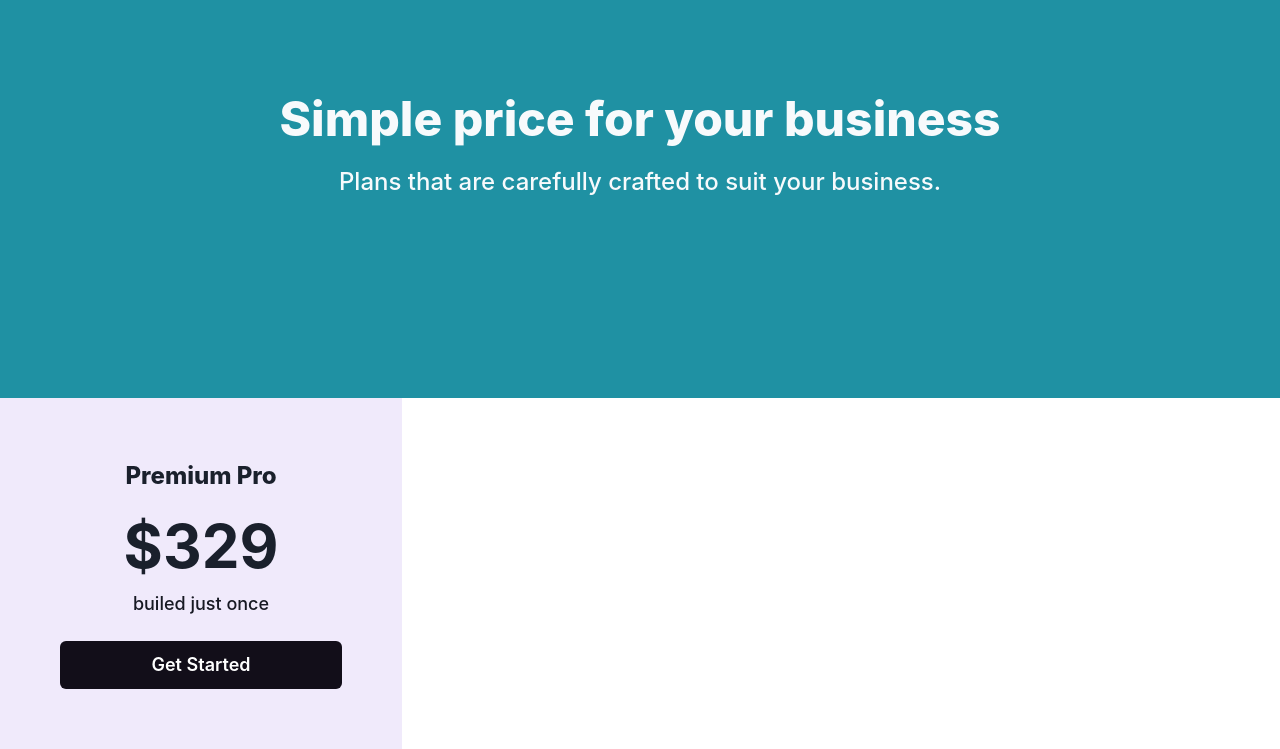
Repository: noutijo/learn-in-depth-chakra-ui
Page: /
These files come from the project's save history. The page is drawn as it stood at one moment and after the next save; the edit follows.
The browser window is 1280 px wide. The pictures show the whole page.
The project was rebuilt for these pictures with package versions that can differ from the ones it lists, and the page was loaded fresh each time. Also part of the build but not shown: vite.config.ts.

Above is the page before, as saved 2023-01-30 15:48:12.

### src/main.tsx
import React from 'react'
import ReactDOM from 'react-dom/client'
import App from './App'
import { ChakraProvider } from "@chakra-ui/react"

ReactDOM.createRoot(document.getElementById('root') as HTMLElement).render(
  <ChakraProvider>
  <React.StrictMode>
    <App />
  </React.StrictMode>
  </ChakraProvider>,
)

### src/App.tsx
//import './App.css'
import "./App.css";
import { Box, Flex, Stack, VStack, HStack } from "@chakra-ui/react";
import { Header  } from "./components/Header";
import { Pricing } from "./components/Pricing";

export default function App() {
  return (
    <div className="App">
      <Box>
        <Header />
        <Pricing />
      </Box>
    </div>
  );
}

### src/App.css
#root {
  max-width: 1280px;
  margin: 0 auto;
  text-align: center;
}

.logo {
  height: 6em;
  padding: 1.5em;
  will-change: filter;
}
.logo:hover {
  filter: drop-shadow(0 0 2em #646cffaa);
}
.logo.react:hover {
  filter: drop-shadow(0 0 2em #61dafbaa);
}

@keyframes logo-spin {
  from {
    transform: rotate(0deg);
  }
  to {
    transform: rotate(360deg);
  }
}

@media (prefers-reduced-motion: no-preference) {
  a:nth-of-type(2) .logo {
    animation: logo-spin infinite 20s linear;
  }
}

.card {
  padding: 2em;
}

.read-the-docs {
  color: #888;
}

### src/components/Header.tsx
//import './App.css'
import { Box, Heading, Text, Flex } from "@chakra-ui/react";

export function Header() {
  return (
    <Box
      as="section"
      color="#F7FAFC"
      bg="#1F91A3"
      pt="90px"
      pb="198px"
      px="32px">
      <Heading fontWeight={800} fontSize={"48px"}>
        Simple price for your business
      </Heading>
      <Text fontWeight={500} fontSize={"24px"} mt="16px">
        Plans that are carefully crafted to suit your business.
      </Text>
    </Box>
  );
}

### src/components/Pricing.tsx
//import './App.css'
import { Box, Heading, Text, Flex, Button } from "@chakra-ui/react";

export function Pricing() {
  return (
    <Box>
      <Flex>
        <Box bg="#f0eafb" p="60px">
          <Text fontSize="24px" fontWeight="800">
            Premium Pro
          </Text>
          <Heading as="h3" fontSize="60px" mt="16px">
            $329
          </Heading>
          <Text fontSize="18px" fontWeight="500" color="#171923" mt="8px">
            builed just once
          </Text>
          <Button
            bg="#120E19"
            color="white"
            size={"lg"}
            w="282px"
            mt="24px"
            _hover={{ backgrounColor: "#120E19", color: "#F7FAFC" }}>
            Get Started
          </Button>
        </Box>
        <Box></Box>
      </Flex>
    </Box>
  );
}

Loaded but not shown: index.html (common file)

After the next save:
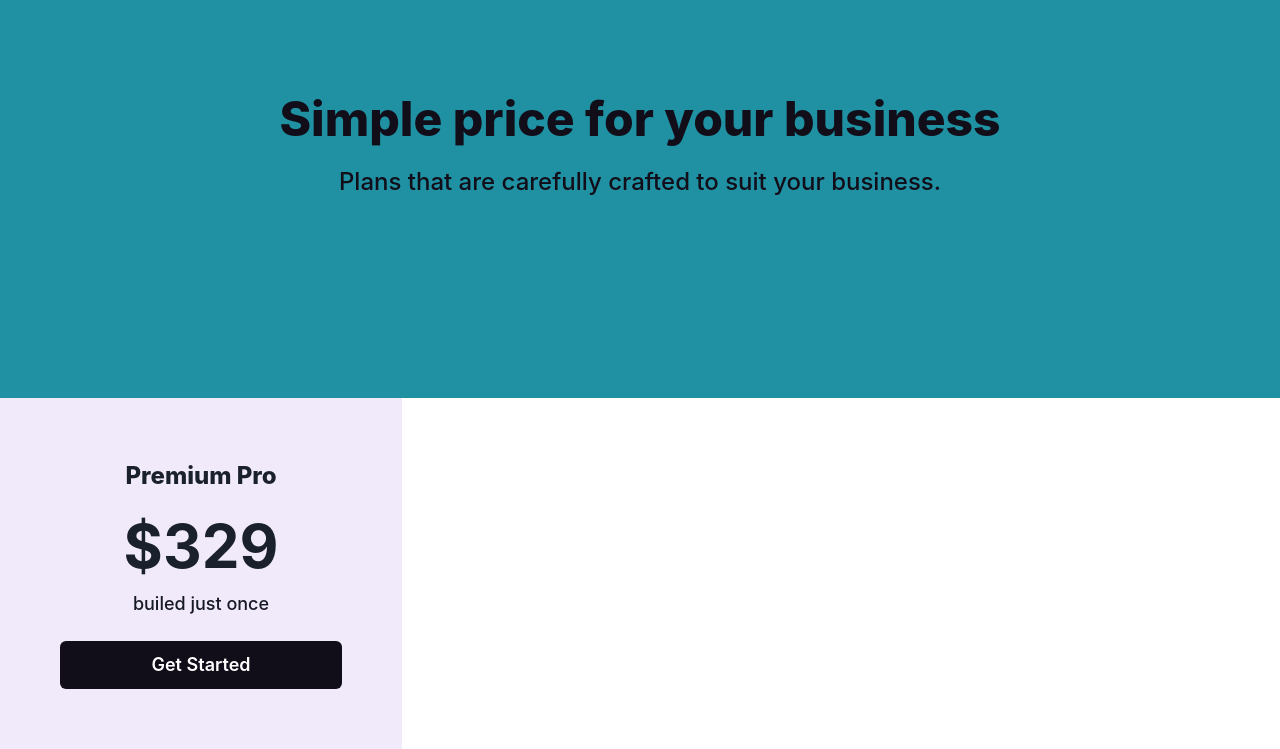
Saved 18 s later.
--- a/src/components/Header.tsx
+++ b/src/components/Header.tsx
@@ -5,7 +5,7 @@ export function Header() {
   return (
     <Box
       as="section"
-      color="#F7FAFC"
+      color="#120E19"
       bg="#1F91A3"
       pt="90px"
       pb="198px"
